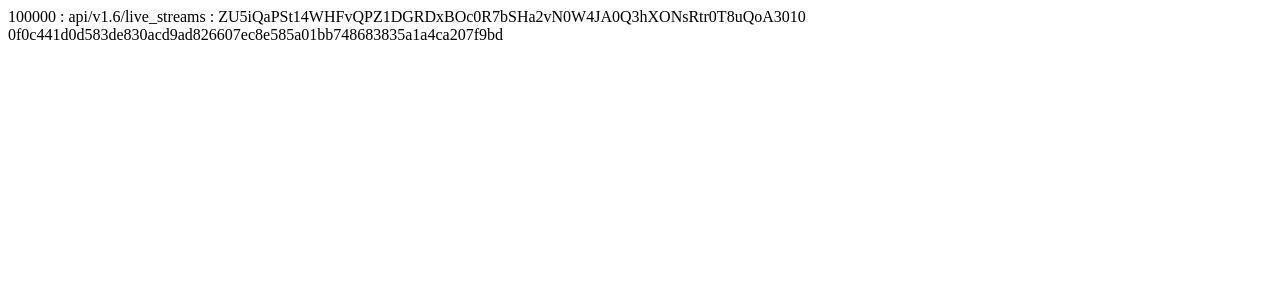
Repository: junhyeongShin/comunity_app
Page: http://localhost/Broadcast/curl copy.php
The author's editor kept a copy of each file at every save. The page is drawn from the files as they stood at one save, then again after the next save.
The browser window is 1280 px wide. The pictures show the whole page.
The page is run by PHP 8.4 with error messages shown; the project is at /var/www/html/.

Above is the page before, as saved 2021-05-29 19:08:48.

### Broadcast/curl copy.php
<?php

$timestamp = 100000;
$path = "api/v1.6/live_streams";
$wscApiKey = "ZU5iQaPSt14WHFvQPZ1DGRDxBOc0R7bSHa2vN0W4JA0Q3hXONsRtr0T8uQoA3010";

$wscApiKey_hash = hash('sha256',$wscApiKey);

$hmacData = ($timestamp.' : '.$path.' : '.$wscApiKey);
echo $hmacData;
echo '<br>';

$hmacData_hash = hash('sha256',$hmacData);

$hash_key = hash_hmac('sha256',$hmacData_hash,$wscApiKey,false);

$hash_key = hash_hmac('sha256',$hash_key,$wscApiKey_hash,false);
echo $hash_key;
echo '<br>';


?>

After the next save:
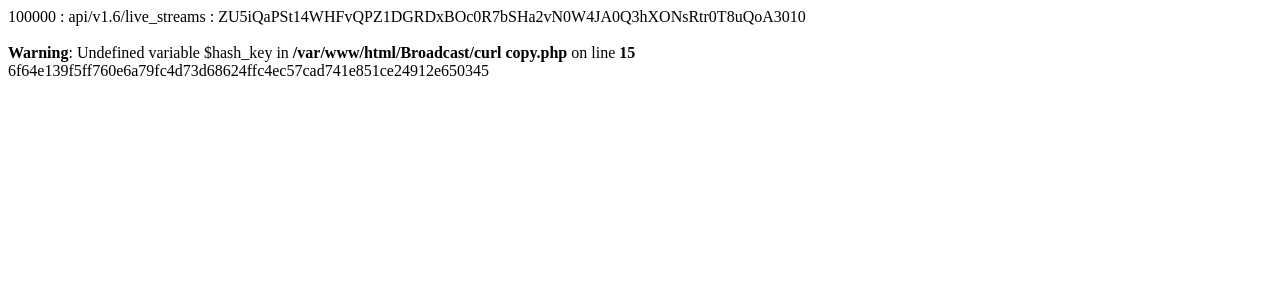
Saved 6 s later.
--- a/Broadcast/curl copy.php
+++ b/Broadcast/curl copy.php
@@ -12,8 +12,6 @@
 
 $hmacData_hash = hash('sha256',$hmacData);
 
-$hash_key = hash_hmac('sha256',$hmacData_hash,$wscApiKey,false);
-
 $hash_key = hash_hmac('sha256',$hash_key,$wscApiKey_hash,false);
 echo $hash_key;
 echo '<br>';

After the save that followed:
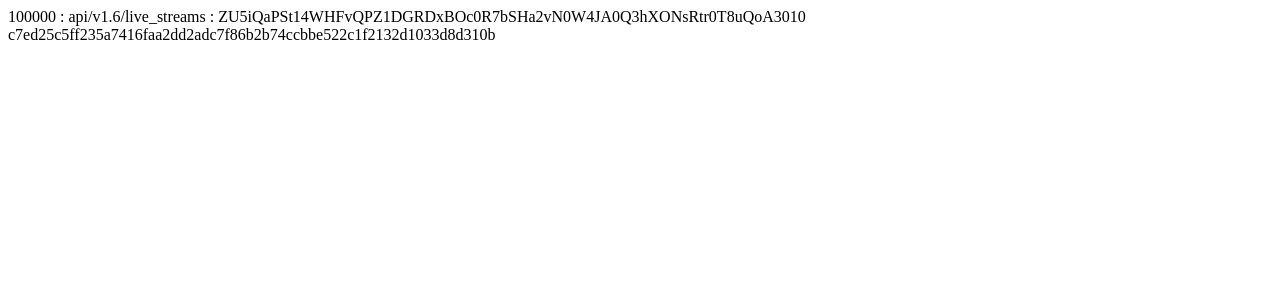
Saved 22 s later.
--- a/Broadcast/curl copy.php
+++ b/Broadcast/curl copy.php
@@ -12,7 +12,7 @@
 
 $hmacData_hash = hash('sha256',$hmacData);
 
-$hash_key = hash_hmac('sha256',$hash_key,$wscApiKey_hash,false);
+$hash_key = hash_hmac('sha256',$hmacData_hash,$wscApiKey_hash,false);
 echo $hash_key;
 echo '<br>';
 
